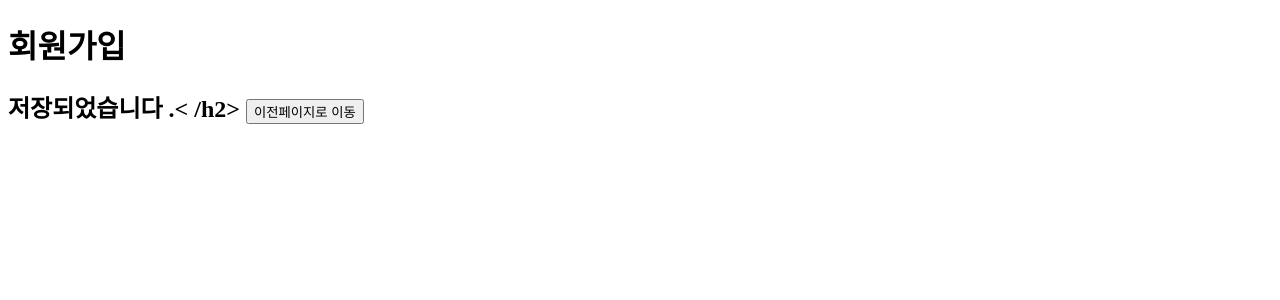
Repository: chaejunho689/bitcamp
Page: jQuery/src/main/webapp/02_jQueryEvent/form_ok.html
These files come from the project's save history. The page is drawn as it stood at one moment and after the next save; the edit follows.
The browser window is 1280 px wide. The pictures show the whole page.

Above is the page before, as saved 2024-08-23 02:06:49.

After the next save:
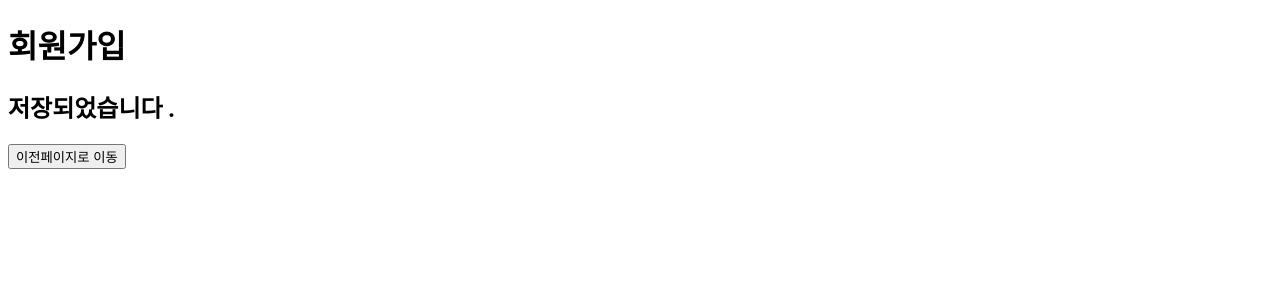
Saved 15 s later.
--- a/jQuery/src/main/webapp/02_jQueryEvent/form_ok.html
+++ b/jQuery/src/main/webapp/02_jQueryEvent/form_ok.html
@@ -8,9 +8,8 @@
 	<h1>회원가입</h1>
 	<form name="form1">
 		<div id="input">
-			<h2>
-				저장되었습니다 .< /h2> <input type="button" id="backBtn" value="이전페이지로 이동"
-					class="myButton" />
+			<h2>저장되었습니다 .</h2>
+			<input type="button" id="backBtn" value="이전페이지로 이동" class="myButton" />
 		</div>
 	</form>
 </body>
